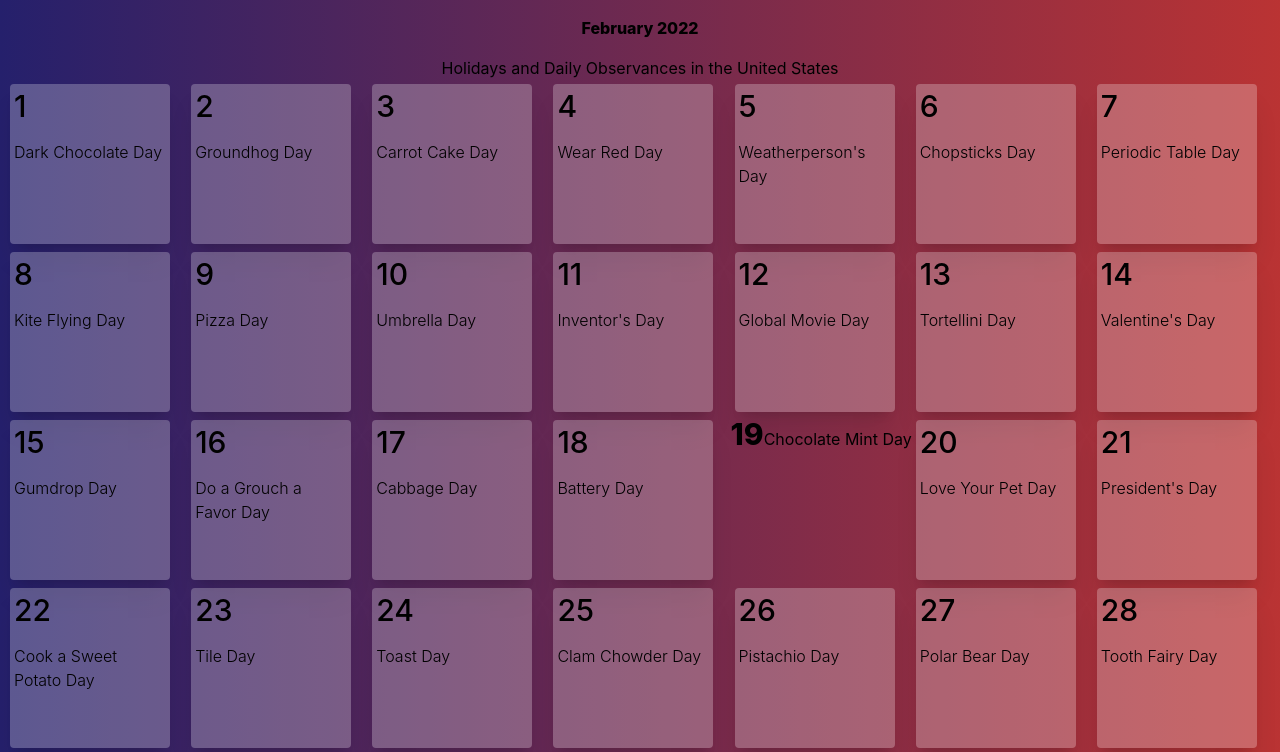
Repository: JohnMata0427/Examen-Bimestral-01-Frontend
Page: /
These files come from the project's save history. The page is drawn as it stood at one moment and after a run of saves; the edit follows.
The browser window is 1280 px wide. The pictures show the whole page.
The project was rebuilt for these pictures with package versions that can differ from the ones it lists, and the page was loaded fresh each time. Also part of the build but not shown: vite.config.js.

Above is the page before, as saved 2024-06-17 20:59:31.

### src/App.jsx
import Calendar from "./components/calendar.jsx"
export default function App() {

  return (
    <>
      <Calendar/>
    </>
  )
}

### src/components/calendar.jsx
export default function Calendar(){
    return (
        <div className="flex flex-col items-center bg-gradient-to-r from-[#25206c] to-[#b11919e2]">
            <h1 className="font-extrabold my-4">February 2022</h1>
            <p>Holidays and Daily Observances in the United States</p>
            <ul className="grid grid-cols-7 flex-wrap list-none">
                <li className="flex size-40 m-1 flex-col rounded p-1 font-light box-border bg-[#ffffff40] shadow-xl border-1 border-solid"><time className="text-3xl mb-4 font-medium" datetime="2022-02-01">1</time>Dark Chocolate Day</li>
                <li className="flex size-40 m-1 flex-col rounded p-1 font-light box-border bg-[#ffffff40] shadow-xl border-1 border-solid"><time className="text-3xl mb-4 font-medium" datetime="2022-02-02">2</time>Groundhog Day</li>
                <li className="flex size-40 m-1 flex-col rounded p-1 font-light box-border bg-[#ffffff40] shadow-xl border-1 border-solid"><time className="text-3xl mb-4 font-medium" datetime="2022-02-03">3</time>Carrot Cake Day</li>
                <li className="flex size-40 m-1 flex-col rounded p-1 font-light box-border bg-[#ffffff40] shadow-xl border-1 border-solid"><time className="text-3xl mb-4 font-medium" datetime="2022-02-04">4</time>Wear Red Day</li>
                <li className="flex size-40 m-1 flex-col rounded p-1 font-light box-border bg-[#ffffff40] shadow-xl border-1 border-solid"><time className="text-3xl mb-4 font-medium" datetime="2022-02-05">5</time>Weatherperson's Day</li>
                <li className="flex size-40 m-1 flex-col rounded p-1 font-light box-border bg-[#ffffff40] shadow-xl border-1 border-solid"><time className="text-3xl mb-4 font-medium" datetime="2022-02-06">6</time>Chopsticks Day</li>
                <li className="flex size-40 m-1 flex-col rounded p-1 font-light box-border bg-[#ffffff40] shadow-xl border-1 border-solid"><time className="text-3xl mb-4 font-medium" datetime="2022-02-07">7</time>Periodic Table Day</li>
                <li className="flex size-40 m-1 flex-col rounded p-1 font-light box-border bg-[#ffffff40] shadow-xl border-1 border-solid"><time className="text-3xl mb-4 font-medium" datetime="2022-02-08">8</time>Kite Flying Day</li>
                <li className="flex size-40 m-1 flex-col rounded p-1 font-light box-border bg-[#ffffff40] shadow-xl border-1 border-solid"><time className="text-3xl mb-4 font-medium" datetime="2022-02-09">9</time>Pizza Day</li>
                <li className="flex size-40 m-1 flex-col rounded p-1 font-light box-border bg-[#ffffff40] shadow-xl border-1 border-solid"><time className="text-3xl mb-4 font-medium" datetime="2022-02-10">10</time>Umbrella Day</li>
                <li className="flex size-40 m-1 flex-col rounded p-1 font-light box-border bg-[#ffffff40] shadow-xl border-1 border-solid"><time className="text-3xl mb-4 font-medium" datetime="2022-02-11">11</time>Inventor's Day</li>
                <li className="flex size-40 m-1 flex-col rounded p-1 font-light box-border bg-[#ffffff40] shadow-xl border-1 border-solid"><time className="text-3xl mb-4 font-medium" datetime="2022-02-12">12</time>Global Movie Day</li>
                <li className="flex size-40 m-1 flex-col rounded p-1 font-light box-border bg-[#ffffff40] shadow-xl border-1 border-solid"><time className="text-3xl mb-4 font-medium" datetime="2022-02-13">13</time>Tortellini Day</li>
                <li className="flex size-40 m-1 flex-col rounded p-1 font-light box-border bg-[#ffffff40] shadow-xl border-1 border-solid"><time className="text-3xl mb-4 font-medium" datetime="2022-02-14">14</time>Valentine's Day</li>
                <li className="flex size-40 m-1 flex-col rounded p-1 font-light box-border bg-[#ffffff40] shadow-xl border-1 border-solid"><time className="text-3xl mb-4 font-medium" datetime="2022-02-15">15</time>Gumdrop Day</li>
                <li className="flex size-40 m-1 flex-col rounded p-1 font-light box-border bg-[#ffffff40] shadow-xl border-1 border-solid"><time className="text-3xl mb-4 font-medium" datetime="2022-02-16">16</time>Do a Grouch a Favor Day</li>
                <li className="flex size-40 m-1 flex-col rounded p-1 font-light box-border bg-[#ffffff40] shadow-xl border-1 border-solid"><time className="text-3xl mb-4 font-medium" datetime="2022-02-17">17</time>Cabbage Day</li>
                <li className="flex size-40 m-1 flex-col rounded p-1 font-light box-border bg-[#ffffff40] shadow-xl border-1 border-solid"><time className="text-3xl mb-4 font-medium" datetime="2022-02-18">18</time>Battery Day</li>
                <li className="flex size-40 m-1 flex-col rounded p-1 font-light box-border bg-[#4922bd70] shadow-xl border-1 border-solid" class="today"><time className="text-3xl mb-4 font-extrabold" datetime="2022-02-19">19</time>Chocolate Mint Day</li>
                <li className="flex size-40 m-1 flex-col rounded p-1 font-light box-border bg-[#ffffff40] shadow-xl border-1 border-solid"><time className="text-3xl mb-4 font-medium" datetime="2022-02-20">20</time>Love Your Pet Day</li>
                <li className="flex size-40 m-1 flex-col rounded p-1 font-light box-border bg-[#ffffff40] shadow-xl border-1 border-solid"><time className="text-3xl mb-4 font-medium" datetime="2022-02-21">21</time>President's Day</li>
                <li className="flex size-40 m-1 flex-col rounded p-1 font-light box-border bg-[#ffffff40] shadow-xl border-1 border-solid"><time className="text-3xl mb-4 font-medium" datetime="2022-02-22">22</time>Cook a Sweet Potato Day</li>
                <li className="flex size-40 m-1 flex-col rounded p-1 font-light box-border bg-[#ffffff40] shadow-xl border-1 border-solid"><time className="text-3xl mb-4 font-medium" datetime="2022-02-23">23</time>Tile Day</li>
                <li className="flex size-40 m-1 flex-col rounded p-1 font-light box-border bg-[#ffffff40] shadow-xl border-1 border-solid"><time className="text-3xl mb-4 font-medium" datetime="2022-02-24">24</time>Toast Day</li>
                <li className="flex size-40 m-1 flex-col rounded p-1 font-light box-border bg-[#ffffff40] shadow-xl border-1 border-solid"><time className="text-3xl mb-4 font-medium" datetime="2022-02-25">25</time>Clam Chowder Day</li>
                <li className="flex size-40 m-1 flex-col rounded p-1 font-light box-border bg-[#ffffff40] shadow-xl border-1 border-solid"><time className="text-3xl mb-4 font-medium" datetime="2022-02-26">26</time>Pistachio Day</li>
                <li className="flex size-40 m-1 flex-col rounded p-1 font-light box-border bg-[#ffffff40] shadow-xl border-1 border-solid"><time className="text-3xl mb-4 font-medium" datetime="2022-02-27">27</time>Polar Bear Day</li>
                <li className="flex size-40 m-1 flex-col rounded p-1 font-light box-border bg-[#ffffff40] shadow-xl border-1 border-solid"><time className="text-3xl mb-4 font-medium" datetime="2022-02-28">28</time>Tooth Fairy Day</li>
            </ul>
        </div>
    )
}

Loaded but not shown: index.html (common file); src/main.jsx (common file); src/index.css (common file); tailwind.config.js (common file)

After the next 2 saves:
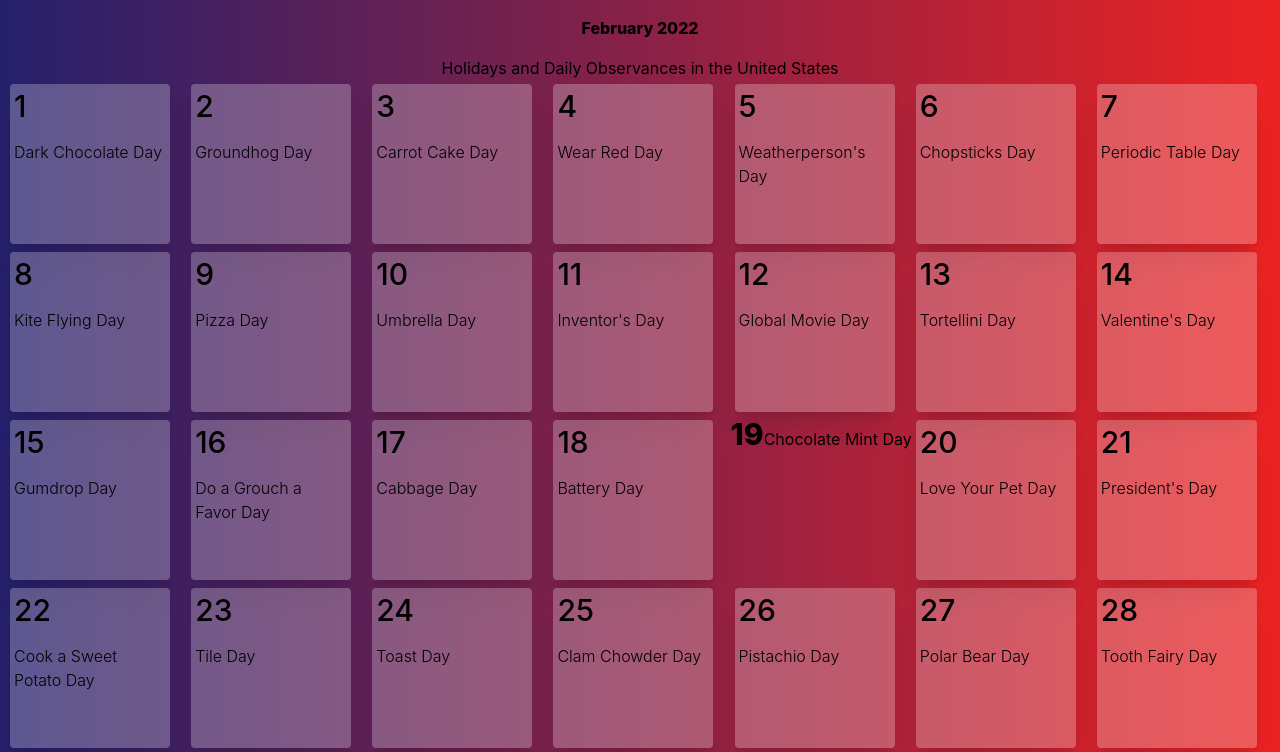
The 2 saves are shown as one change because they came seconds apart.
The last was saved 7 s later.
--- a/src/components/calendar.jsx
+++ b/src/components/calendar.jsx
@@ -1,6 +1,6 @@
 export default function Calendar(){
     return (
-        <div className="flex flex-col items-center bg-gradient-to-r from-[#25206c] to-[#b11919e2]">
+        <div className="flex flex-col items-center bg-gradient-to-r from-[#25206c] to-[#eb1010eb]">
             <h1 className="font-extrabold my-4">February 2022</h1>
             <p>Holidays and Daily Observances in the United States</p>
             <ul className="grid grid-cols-7 flex-wrap list-none">
